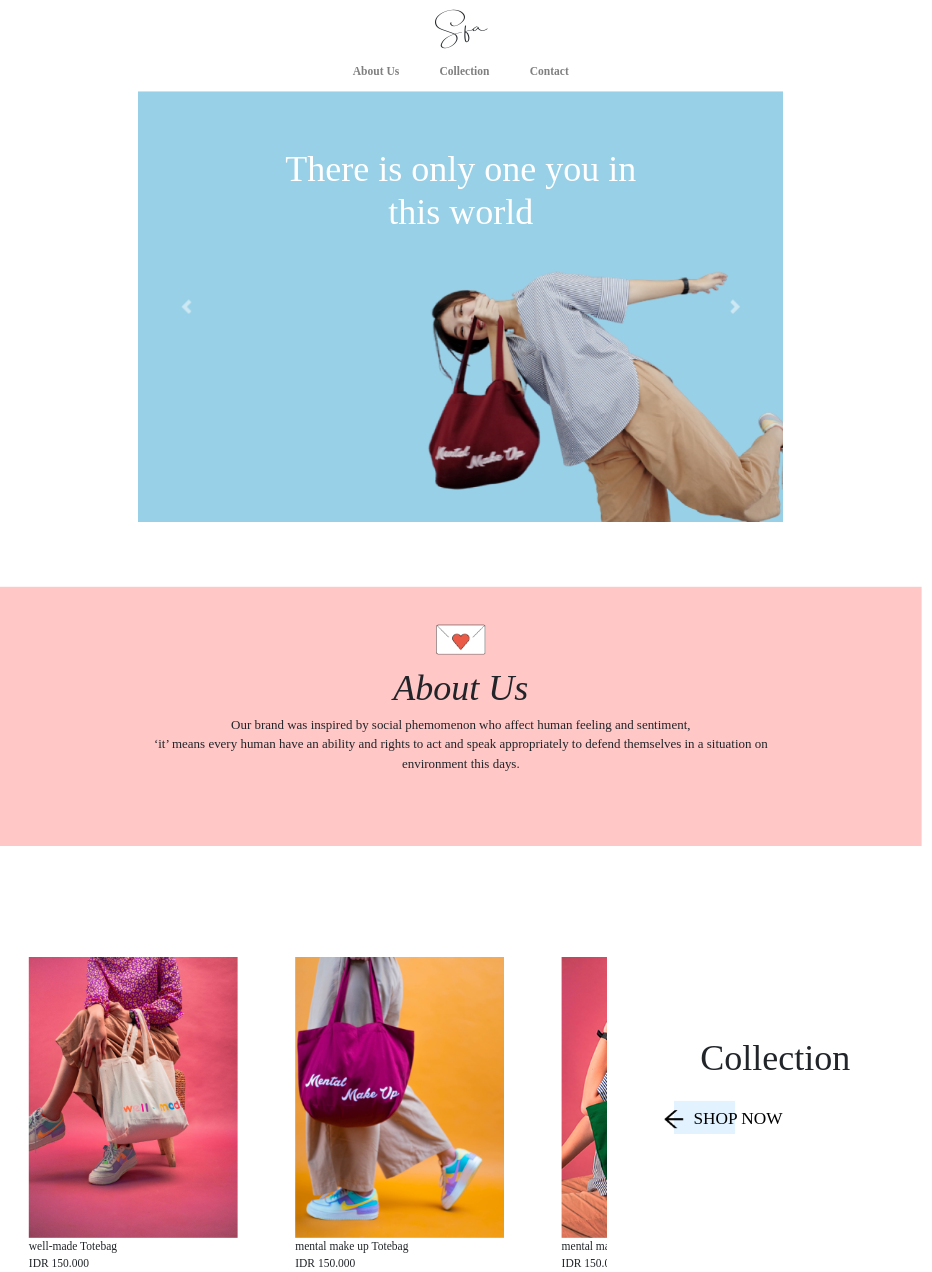
Repository: bismowibi/savoir
Page: index.html
These files come from the project's save history. The page is drawn as it stood at one moment and after a run of saves; the edit follows.
The browser window is 1280 px wide. The page is 1295 px wide, so the pictures cover 1295 px, including what lies to the right of the window. The pictures show the whole page, at 72% of full size.
Some web libraries are served in a nearby version.

Above is the page before, as saved 2020-04-04 03:29:33.

### index.html
<!doctype html>
<html lang="en">

<head>
  <title>Title</title>
  <!-- Required meta tags -->
  <meta charset="utf-8">
  <meta name="viewport" content="width=device-width, initial-scale=1, shrink-to-fit=no">
  <!-- Internal CSS -->
  <link rel="stylesheet" href="style.css">
  <!-- Bootstrap CSS -->
  <link rel="stylesheet" href="https://stackpath.bootstrapcdn.com/bootstrap/4.3.1/css/bootstrap.min.css"
    integrity="sha384-ggOyR0iXCbMQv3Xipma34MD+dH/1fQ784/j6cY/iJTQUOhcWr7x9JvoRxT2MZw1T" crossorigin="anonymous">
  <!-- Icon -->
  <script src="https://kit.fontawesome.com/c5d0666ee9.js" crossorigin="anonymous"></script>
</head>

<body>

  <!-- Optional JavaScript -->
  <!-- jQuery first, then Popper.js, then Bootstrap JS -->
  <script src="https://code.jquery.com/jquery-3.3.1.slim.min.js"
    integrity="sha384-q8i/X+965DzO0rT7abK41JStQIAqVgRVzpbzo5smXKp4YfRvH+8abtTE1Pi6jizo" crossorigin="anonymous">
  </script>
  <script src="https://cdnjs.cloudflare.com/ajax/libs/popper.js/1.14.7/umd/popper.min.js"
    integrity="sha384-UO2eT0CpHqdSJQ6hJty5KVphtPhzWj9WO1clHTMGa3JDZwrnQq4sF86dIHNDz0W1" crossorigin="anonymous">
  </script>
  <script src="https://stackpath.bootstrapcdn.com/bootstrap/4.3.1/js/bootstrap.min.js"
    integrity="sha384-JjSmVgyd0p3pXB1rRibZUAYoIIy6OrQ6VrjIEaFf/nJGzIxFDsf4x0xIM+B07jRM" crossorigin="anonymous">
  </script>

  <section id="title">
    <div class="container-fluid">

      <!-- Header-logo -->
      <header id="site-header">
        <h5>Sfa</h5>
      </header>

      <!-- Navigation Bar -->
      <nav class="navbar navbar-expand-lg navbar-light">
        <a class="navbar-brand d-block d-sm-block d-md-bock d-lg-none navbar-right" style="float: none;"
          href="#">Sfa</a>

        <!-- Navbar Collapse Button -->
        <button class="navbar-toggler" type="button" data-toggle="collapse" data-target="#navbarTogglerDemo02"
          aria-controls="navbarTogglerDemo02" aria-expanded="false" aria- label="Toggle navigation">
          <span class="navbar-toggler-icon"></span>
        </button>

        <!-- Navbar Menu -->
        <div class="collapse navbar-collapse" id="navbarTogglerDemo02">
          <ul class="navbar-nav mx-auto">
            <li class="nav-item"><a class="nav-link" href="">About Us</a></li>
            <li class="nav-item"><a class="nav-link" href="">Collection</a></li>
            <li class="nav-item"><a class="nav-link" href="">Contact</a></li>
          </ul>
      </nav>
  </section>

  <!-- Home  -->
  <section id="home">
    <!-- <div class="container"> -->
    <div id="carouselExampleControls" class="carousel slide" data-ride="carousel" data-interval="0">
      <div class="carousel-inner">
        <!-- Card 1  -->
        <div class="carousel-item active">
          <div class="row card-1">
            <div class="col-lg-12">
              <h2 class="text-center">There is only one you in <br>this world</h2>
            </div>
            <div class="col-lg-12">
              <img class="img-card-1" src="/Photos/card-1.png" alt="">
            </div>
          </div>
        </div>
        <!-- Card 2  -->
        <div class="carousel-item">
          <div class="row card-2">
            <div class="col-lg-6">
              <img class="img-card-2" src="/Photos/card-2.png" alt="">
            </div>
            <div class="col-lg-6">
              <h2>Chic and <br>Colourful</h2>
            </div>
          </div>
        </div>
        <!-- Card 3 -->
        <div class="carousel-item">
          <div class="row card-3">
            <div class="col-lg-6">
              <h2>Savoir Faire Attache</h2>
            </div>
            <div class="col-lg-6">
              <img class="img-card-3" src="/Photos/card-3.png" alt="">
            </div>
          </div>
        </div>
        <!-- Card 4 -->
        <div class="carousel-item">
          <div class="row card-4">
            <div class="col-lg-6">
              <h2>Grab yours now!</h2>
            </div>
            <div class="col-lg-6">
              <img class="img-card-4" src="/Photos/card-4-n.png" alt="">
            </div>
          </div>
        </div>
      </div>
      <!-- Button Slider  -->
      <a class="carousel-control-prev" href="#carouselExampleControls" role="button" data-slide="prev">
        <span class="carousel-control-prev-icon" aria-hidden="true"></span>
        <span class="sr-only">Previous</span>
      </a>
      <a class="carousel-control-next" href="#carouselExampleControls" role="button" data-slide="next">
        <span class="carousel-control-next-icon" aria-hidden="true"></span>
        <span class="sr-only">Next</span>
      </a>
    </div>
    </div>
  </section>

  <section id="about-us">
    <div class="container-fluid">
      <div class="row text-center">
        <div class="col-about col-lg-12 ">
          <img class="love-letter" src="/Photos/love-letter.png" alt="">
        </div>
        <div class="col-lg-12 text-center">
          <h2>About Us</h2>
          <p class="">Our brand was inspired by social phemomenon who affect human feeling and sentiment, <br>‘it’ means every human have an ability and rights to act and speak appropriately to defend themselves in a situation on environment this days. </p>
        </div>
      </div>
    </div>
    </div>
  </section>


  <!-- Collection -->
  <section id="collection">
    <!-- Scroling -->
    <div class="row scrolling-row">
      <div class="col-lg-8 sm-12">
        <div class="scrolling-wrapper-flexbox">
          <div class="card">
            <img src="/Photos/img-collect-1.png" alt="">
            <span>well-made Totebag <br>IDR 150.000<span>
          </div>
          <div class="card">
            <img src="/Photos/img-collect-2.png" alt="">
            <span>mental make up Totebag <br>IDR 150.000<span>
          </div>
          <div class="card">
            <img src="/Photos/img-collect-3.png" alt="">
            <span>mental make up Totebag <br>IDR 150.000<span>
          </div>
          <div class="card">
            <img src="/Photos/img-collect-4.png" alt="">
            <span>amore Totebag <br>IDR 150.000<span>
          </div>
        </div>
      </div>
      <div class="shop-now col-lg-4 sm-12">
        <h1 class="text-center">Collection</h1>
        <div class="arrow">
          <img class="img-arrow" src="/Photos/arrow-biru.png" alt="">
          <a href="https://linktr.ee/savoirfaire_attache" target="_blank">
            <h4> SHOP NOW</h4>
          </a>
        </div>

      </div>
      </di>

  </section>













</body>

</html>

### style.css
/* Header - Logo */
#site-header {
    text-align: center;
    padding-top: 2%;
    font-family: "BeautyDream";
    font-size: 4rem;
}

#site-header h5 {
    font-size: 2rem;
}



/* Home Card Background */
.card-1 {
    background-color: #98D0E7;
}

.card-2 {
    background-color: #D54C63;
}

.card-3 {
    background-color: #FECF70;
}

.card-4 {
    background-color: #F7E6D8;
}

/* Home */
#home {
    padding: 0% 15% 7%;
}

#carouselExampleControls h2 {
    font-family: "Futura";
    font-size: 50px;
    position: relative;
}

/* Card 1  */
.img-card-1 {
    position: relative;
    left: 35%;
    height: 470px;
}

.card-1 h2 {
    top: 60%;
    color: white;
}

/* Card 2 */
.img-card-2 {
    position: relative;
    left: 25%;
}

.card-2 h2 {
    color: #ffff;
    top: 40%;
    left: 10%;
}

/* Card 3 */
.card-3 h2 {
    color: #9C7C62;
    top: 35%;
    left: 23%;
}

/* Card-4 */
.card-4 h2 {
    left: 30%;
    top: 20%;
    color: #D54C63;
}

.img-card-4{

}
/* About Us */
#about-us {
    background-color: #FFC7C6;
    height: 360px;
    /* text-align: center; */
    padding: 3% 15% 3%;
    font-family: "GTWalsheimProRegular";
}

#about-us p{
    font-size: 18px;
    line-height: 27px;
}

#about-us h2 {
    font-family: Futura;
    font-style: italic;
    font-weight: 500;
    font-size: 50px;
}


/* Collection */

#collection {
    padding-top: 12%;
    font-family: "GTWalsheimProRegular";
}

.scrolling-wrapper-flexbox {
    display: flex;
    flex-wrap: nowrap;
    overflow-x: auto;


}

.scrolling-wrapper-flexbox::-webkit-scrollbar {
    display: none;

}


.card {
    flex: 0 0 auto;
    /* height: 290px;
    width: 390px; */
    margin-left: 40px;
    margin-right: 40px;
    border: none !important;

}

#collection h1 {
    font-size: 50px;
    margin-top: 110px;

}

.arrow {
    margin-left: 45px;
    margin-top: 30px;

}

.arrow h4 {
    left: 24%;
    position: absolute;
    top: 48%;
}

#collection a {
    color: black;
}

#collection a:hover {
    color: #d24967;
}






/* Mobile Version */
@media only screen and (max-width:990px) {
    #site-header {
        display: none;
    }
}

/* Navigation Bar */
.navbar-nav>li {
    padding-left: 20px;
    padding-right: 20px;
    font-family: "GTWalsheimProRegular";
    font-weight: bold;
}

.navbar-brand {
    font-family: "BeautyDream";
    font-size: 2.5rem !important;
}



@media only screen and (max-width:990px) {
    #home {
        padding: 0 0 0 0 !important;
    }

    /* Heading 2 Mobile */
    #carouselExampleControls h2 {
        font-size: 30px;
        justify-content: center;
        display: flex;
        flex-direction: column;
        left: 27%;
    }

    /* Card 1 Mobile */
    .img-card-1 {
        height: 448px;
        position: relative;
        left: 4%;

    }

    /* Card 2 Mobile */
    .img-card-2 {
        position: relative;
        top: 30%;
        left: 10%;
        width: 80%;
    }

    .card-2 h2 {
        top: -490%
    }

    /* Card 3 Mobile */
    .card-3 h2 {
        top: 70% !important;
    }

    .img-card-3 {
        width: 80%;
        position: relative;
        left: 10%;
        top: 7%;

    }

    /* Card 4 Mobile */
    .img-card-4 {
        width: 81.5%;
        left: 10%;
        position: relative;
        top: 5%;
    }

    .card-3 h2 {

        top: 45%;
    }


    /* About Us Mobile Ver */
    #about-us {
        margin-top: 20%;
        padding-left: 0%;
        padding-right: 0%;
    }

    #about-us h2 {
        font-size: 30px;
    }

    #about-us p {
        font-size: 13px;
    }

    /* Collection  Mobile Ver*/
    #collection {
        padding-top: 20%;
    }

    #collection h1 {
        font-size: 30px;
        margin-top: 0;

    }

    .arrow h4 {
        font-size: 15px;
        ;
        left: 30%;

    }

    .scrolling-row {
        display: flex;
        flex-direction: column-reverse;
    }

    .img-arrow {
        left: 5%;
        position: relative;
        margin-bottom: 13%;
    }
}

}

/* Font  */



@font-face{

    font-family: 'GTWalsheimProRegular';
    src: url('Font/GT Walsheim Pro Medium.eot');
    src: url('Font/GT Walsheim Pro Medium.eot?#iefix') format('embedded-opentype'),
         url('Font/GT Walsheim Pro Medium.woff2') format('woff2'),
         url('Font/GT Walsheim Pro Medium.woff') format('woff'),
         url('Font/GT Walsheim Pro Medium.svg#GTWalsheimProMedium') format('svg');
    font-weight: normal;
    font-style: normal;

    }


@font-face {

    font-family: 'BeautyDream';
    src: url('Font/Beauty-Dream.eot');
    src: url('Font/Beauty-Dream.eot?#iefix') format('embedded-opentype'),
         url('Font/Beauty-Dream.woff2') format('woff2'),
         url('Font/Beauty-Dream.woff') format('woff'),
         url('Font/Beauty-Dream.svg#Beauty-Dream') format('svg');
    font-weight: normal;
    font-style: normal;

    }

After the next 3 saves:
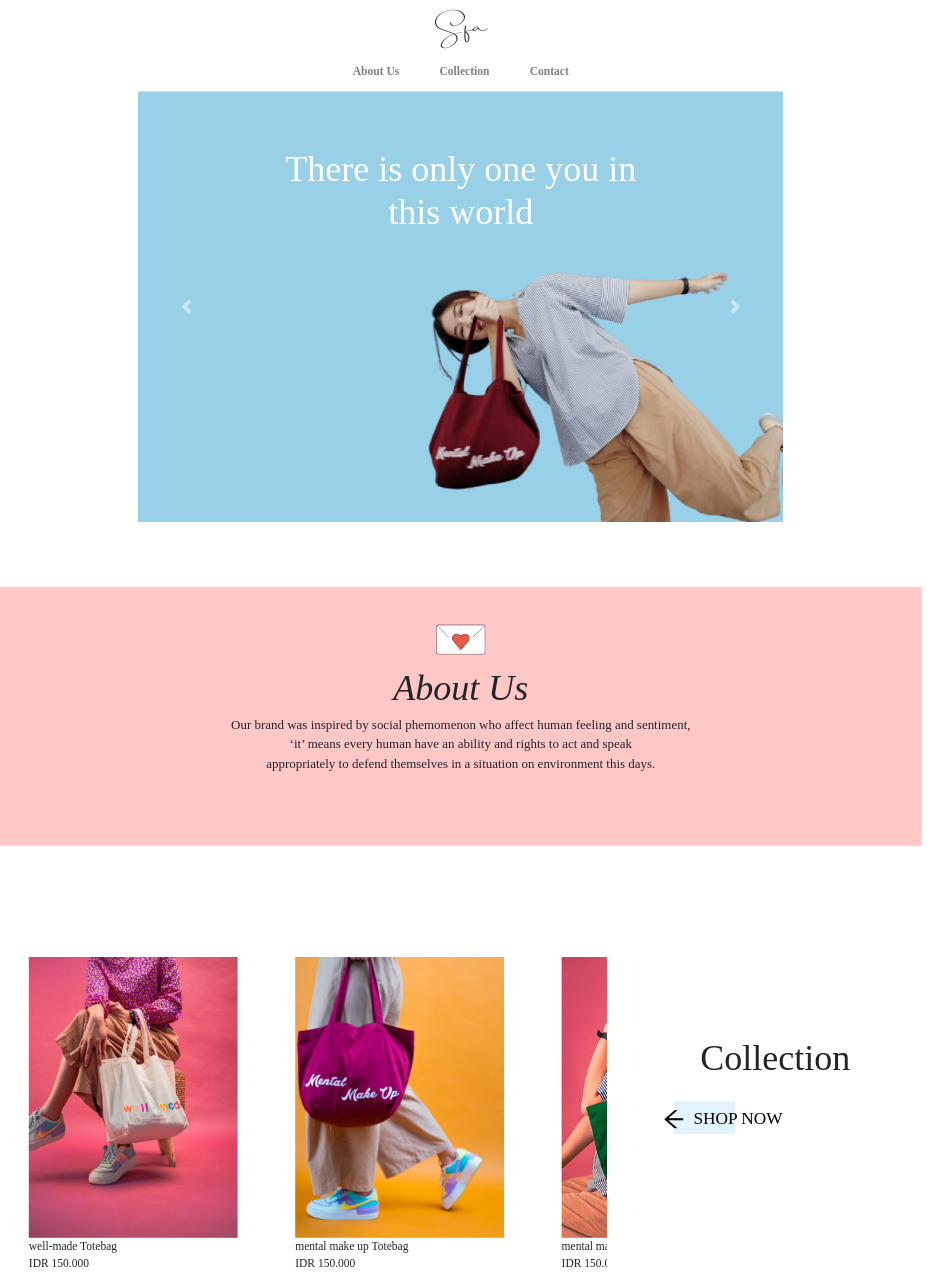
The 3 saves are shown as one change because they came seconds apart.
The last was saved 10 s later.
--- a/index.html
+++ b/index.html
@@ -129,7 +129,7 @@
         </div>
         <div class="col-lg-12 text-center">
           <h2>About Us</h2>
-          <p class="">Our brand was inspired by social phemomenon who affect human feeling and sentiment, <br>‘it’ means every human have an ability and rights to act and speak appropriately to defend themselves in a situation on environment this days. </p>
+          <p class="">Our brand was inspired by social phemomenon who affect human feeling and sentiment, <br>‘it’ means every human have an ability and rights to act and speak <br>appropriately to defend themselves in a situation on environment this days. </p>
         </div>
       </div>
     </div>
